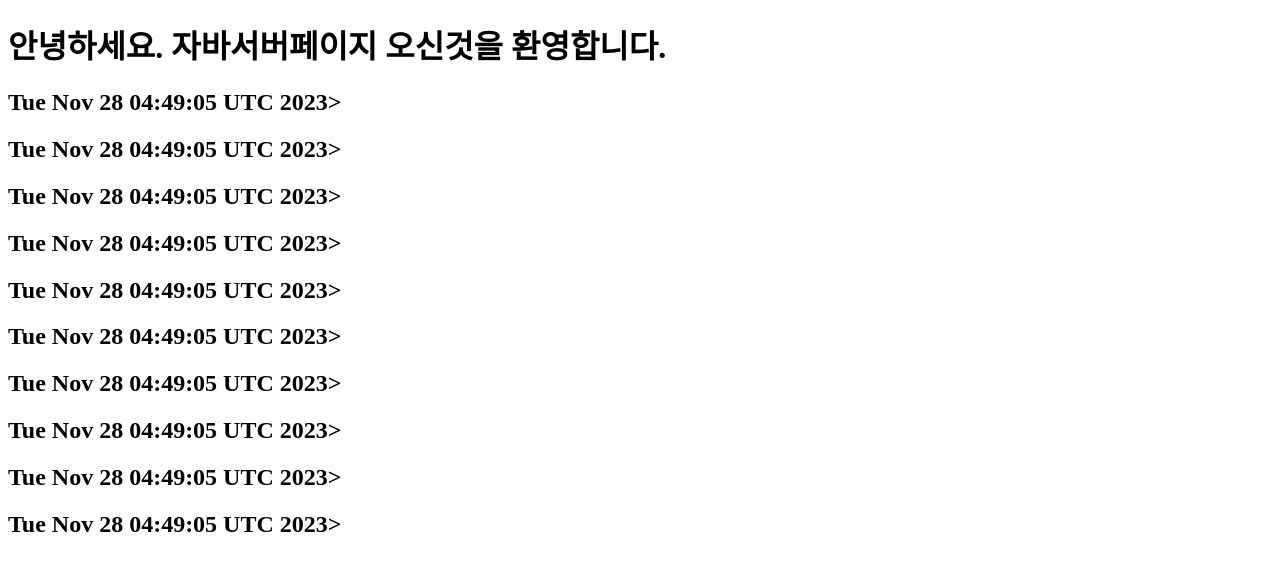
Repository: bjkim247/webproject
Page: http://localhost/jsptest/welcome.jsp
The author's editor kept a copy of each file at every save. The page is drawn from the files as they stood at one save, then again after the next save.
The browser window is 1280 px wide. The pictures show the whole page.
The page is served by Tomcat 10. Other server files are loaded and not shown.

Above is the page before, as saved 2023-11-28 05:16:38.

### webproject/jsptest/src/main/webapp/welcome.jsp
<%@page import="java.util.Date"%>
<%@ page language="java" contentType="text/html; charset=UTF-8"
    pageEncoding="UTF-8"%>
<!DOCTYPE html>
<html>
<head>
<meta charset="UTF-8">
<title>Insert title here</title>
<%
Date date = new Date();
	 String displayDate = date.toString();
%>
</head>
<body>
	<h1>안녕하세요. 자바서버페이지 오신것을 환영합니다.</h1>
	<% for(int i=0;i<10;i++){ %>
	<h2><%= displayDate %>> </h2>
	<% } %>
</body>
</html>

After the next save:
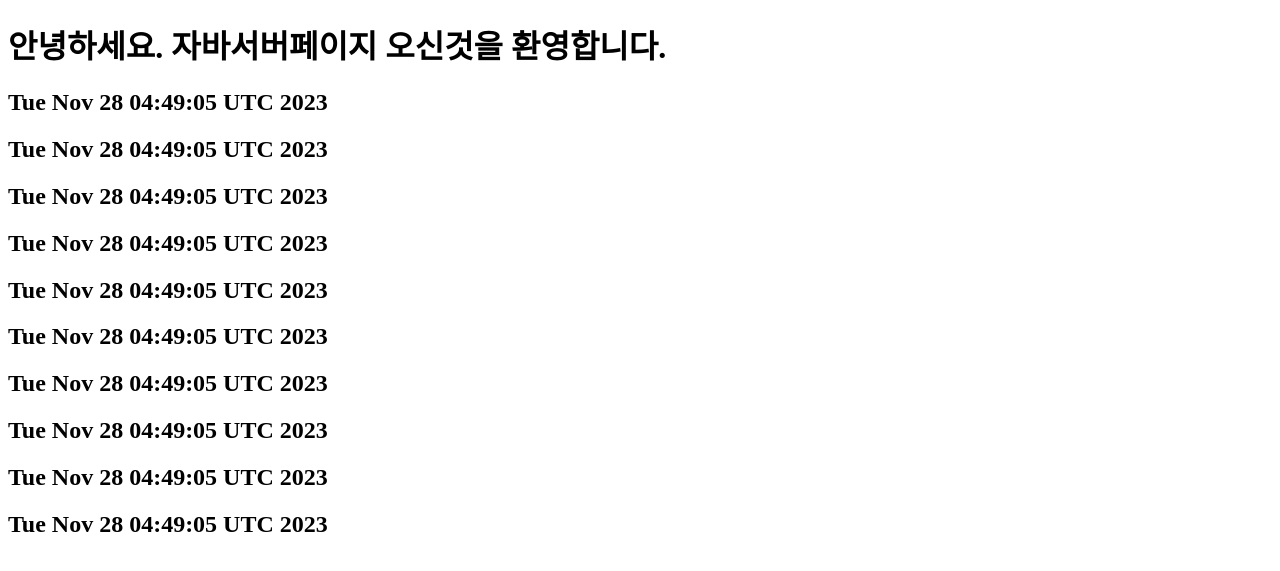
Saved 46 s later.
--- a/webproject/jsptest/src/main/webapp/welcome.jsp
+++ b/webproject/jsptest/src/main/webapp/welcome.jsp
@@ -14,7 +14,7 @@
 <body>
 	<h1>안녕하세요. 자바서버페이지 오신것을 환영합니다.</h1>
 	<% for(int i=0;i<10;i++){ %>
-	<h2><%= displayDate %>> </h2>
+	<h2><%= displayDate %> </h2>
 	<% } %>
 </body>
 </html>
